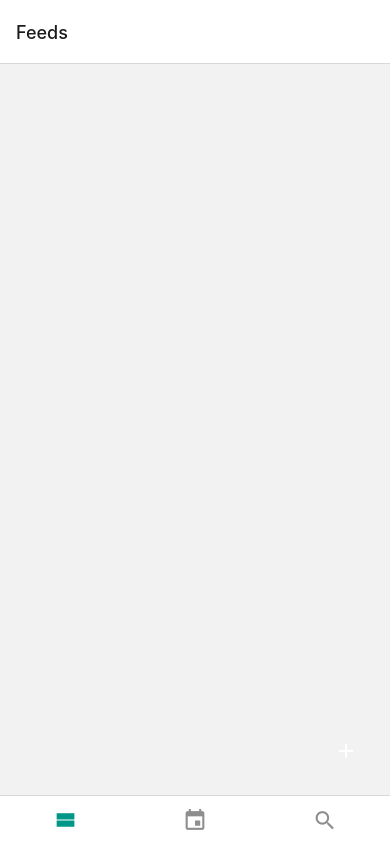
Repository: H-Rn-Study/haebzzang
Screen: / (app in DayLog/)
The author's editor kept a copy of each file at every save. The screen is drawn from the files as they stood at one save, then again after a run of saves.
The app was drawn by React Native's web renderer in a window 390 px wide. The project was rebuilt for these pictures with package versions that can differ from the ones it lists, and the page was loaded fresh each time. Also part of the build but not shown: DayLog/screens/CalendarScreen.js, DayLog/screens/SearchScreen.js, DayLog/screens/WriteScreen.js.

Above is the screen before, as saved 2022-11-16 15:48:36.

### DayLog/App.js
import React from "react";
import {NavigationContainer} from '@react-navigation/native';
import RootStack from "./screens/RootStack";
import {LogContextProvider} from './contexts/LogContext';

function App() {
  return <NavigationContainer>
    <LogContextProvider>
    <RootStack />
    </LogContextProvider>
  </NavigationContainer>;
}

export default App;

### DayLog/screens/RootStack.js
import React from "react";
import { createNativeStackNavigator } from "@react-navigation/native-stack";
import MainTab from "./MainTab";
import WriteScreen from "./WriteScreen";

const Stack = createNativeStackNavigator();

function RootStack() {
    return (
        <Stack.Navigator>
            <Stack.Screen
            name = "MainTab"
            component = {MainTab}
            options = {{headerShown: false}}
            />
            <Stack.Screen name = "Write" component = {WriteScreen} />
        </Stack.Navigator>
    );
}

export default RootStack;

### DayLog/contexts/LogContext.js
import React from 'react';
import { createContext, useState} from "react";

const LogContext = createContext();

export function LogContextProvider({children}) {
    const [text, setText] = useState('');

    return (
        <LogContext.Provider value = {{text, setText}}>
            {children}
        </LogContext.Provider>
    )
}

export default LogContext;

### DayLog/screens/MainTab.js
import React from "react";
import { createBottomTabNavigator } from "@react-navigation/bottom-tabs";
import FeedsScreen from "./FeedsScreen";
import CalendarScreen from "./CalendarScreen";
import SearchScreen from "./SearchScreen";
import Icon from "react-native-vector-icons/MaterialIcons";

const Tab = createBottomTabNavigator();

function MainTab() {
    return (
        <Tab.Navigator
        screenOptions = {{
            "tabBarActiveTintColor" : "#009688",
            "tabBarShowLabel" : false,
            "tabBarStyle" : [
                {
                    "display" : "flex"
                },
            ]
        }}>
            <Tab.Screen name = "Feeds" component = {FeedsScreen}
            options = {{
                tabBarIcon: ({color, size}) => (
                    <Icon name = "view-stream" size = {size} color = {color} />
                ),
            }}
            />
            <Tab.Screen name = "Calendar" component = {CalendarScreen}
            options = {{
                tabBarIcon: ({color, size}) => (
                    <Icon name = "event" size = {size} color = {color} />
                    ),
                }}
            />
            <Tab.Screen name = "Search" component = {SearchScreen}
            options = {{
                tabBarIcon: ({color, size}) => (
                    <Icon name = "search" size = {size} color = {color} />
                ),
            }}
            />
        </Tab.Navigator>
    );
}

export default MainTab;

### DayLog/screens/FeedsScreen.js
import React from "react";
import {StyleSheet, View} from 'react-native';
import FloatingWriteButton from "../components/FloatingWriteButton";

function FeedsScreen() {
    return (<View style = {styles.block}>
        <FloatingWriteButton/>
    </View>);
}

const styles = StyleSheet.create({
    block: {
        flex: 1,
    },
});

export default FeedsScreen;

### DayLog/components/FloatingWriteButton.js
import React from "react";
import {Platform, Pressable, StyleSheet, View} from 'react-native';
import Icon from 'react-native-vector-icons/MaterialIcons';

function FloatingWriteButton() {
    return (
        <View style = {styles.wrapper}>
            <Pressable
            style = {({pressed}) => [
                styles.button,
                Platform.OS == 'ios' && {
                    opacity: pressed ? 0.6 : 1,
                },
            ]}
            android_ripple = {{color: 'white'}}>
                <Icon name = "add" size = {24} style = {styles.icon} />
            </Pressable>
        </View>
    );
}

const styles = StyleSheet.create({
    wrapper: {
        position:'absolute',
        bottom: 16,
        right: 16,
        width: 56,
        height: 56,
        borderRadius: 28,

        // 안드로이드 전용 그림자 설정
        elevation: 5,

        // 안드로이드에서 물결 효과가 영역 밖으로 나가지 않도록 설정
        overflow: Platform.select({android: 'hidden'}),
    },

    button: {
        width: 56,
        height: 56,
        borderRadius: 28,
        backgroundolor: "#009688",
        justifyContent: 'center',
        alignItems: 'center',
    },

    icon: {
        color: 'white',
    },
});

export default FloatingWriteButton;

After the next 2 saves:
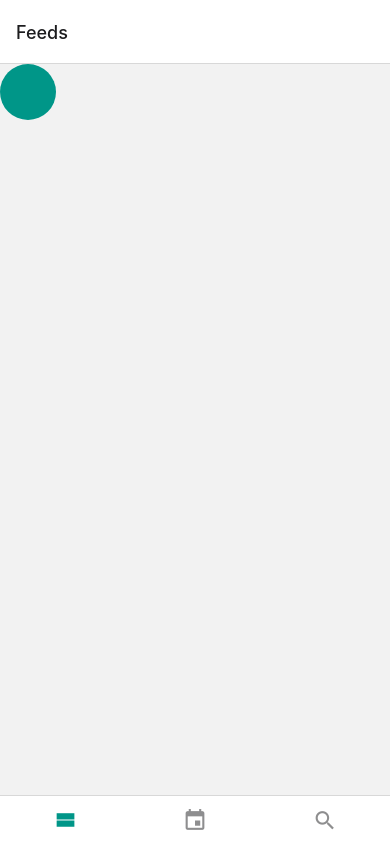
The 2 saves are shown as one change because 1 did not build or start.
The last was saved 10 min 10 s later.
--- a/DayLog/components/FloatingWriteButton.js
+++ b/DayLog/components/FloatingWriteButton.js
@@ -1,19 +1,19 @@
-import React from "react";
-import {Platform, Pressable, StyleSheet, View} from 'react-native';
+import React from 'react';
+import { Platform, Pressable, StyleSheet, View } from 'react-native';
 import Icon from 'react-native-vector-icons/MaterialIcons';
 
 function FloatingWriteButton() {
     return (
-        <View style = {styles.wrapper}>
+        <View style = {StyleSheet.wrapper}>
             <Pressable
             style = {({pressed}) => [
                 styles.button,
-                Platform.OS == 'ios' && {
+                Platform.OS === 'ios' && {
                     opacity: pressed ? 0.6 : 1,
                 },
             ]}
-            android_ripple = {{color: 'white'}}>
-                <Icon name = "add" size = {24} style = {styles.icon} />
+            android_ripple = {{color : 'white'}} >
+                <Icon namename = "add" size = {24} style = {styles.icon} />
             </Pressable>
         </View>
     );
@@ -21,31 +21,31 @@ function FloatingWriteButton() {
 
 const styles = StyleSheet.create({
     wrapper: {
-        position:'absolute',
-        bottom: 16,
-        right: 16,
-        width: 56,
-        height: 56,
-        borderRadius: 28,
+        position : 'absolute',
+        bottom : 16,
+        right : 16,
+        width : 56,
+        height : 56,
+        borderRadius : 28,
 
         // 안드로이드 전용 그림자 설정
-        elevation: 5,
+        elevation : 5,
 
         // 안드로이드에서 물결 효과가 영역 밖으로 나가지 않도록 설정
-        overflow: Platform.select({android: 'hidden'}),
+        overflow : Platform.select({android: 'hidden'}),
     },
 
-    button: {
-        width: 56,
-        height: 56,
-        borderRadius: 28,
-        backgroundolor: "#009688",
-        justifyContent: 'center',
-        alignItems: 'center',
+    button : {
+        width : 56,
+        height : 56,
+        borderRadius : 28,
+        backgroundColor : "#009688",
+        justifyContent : 'center',
+        alignItems : 'center',
     },
 
-    icon: {
-        color: 'white',
+    icon : {
+        color : 'white',
     },
 });
 
